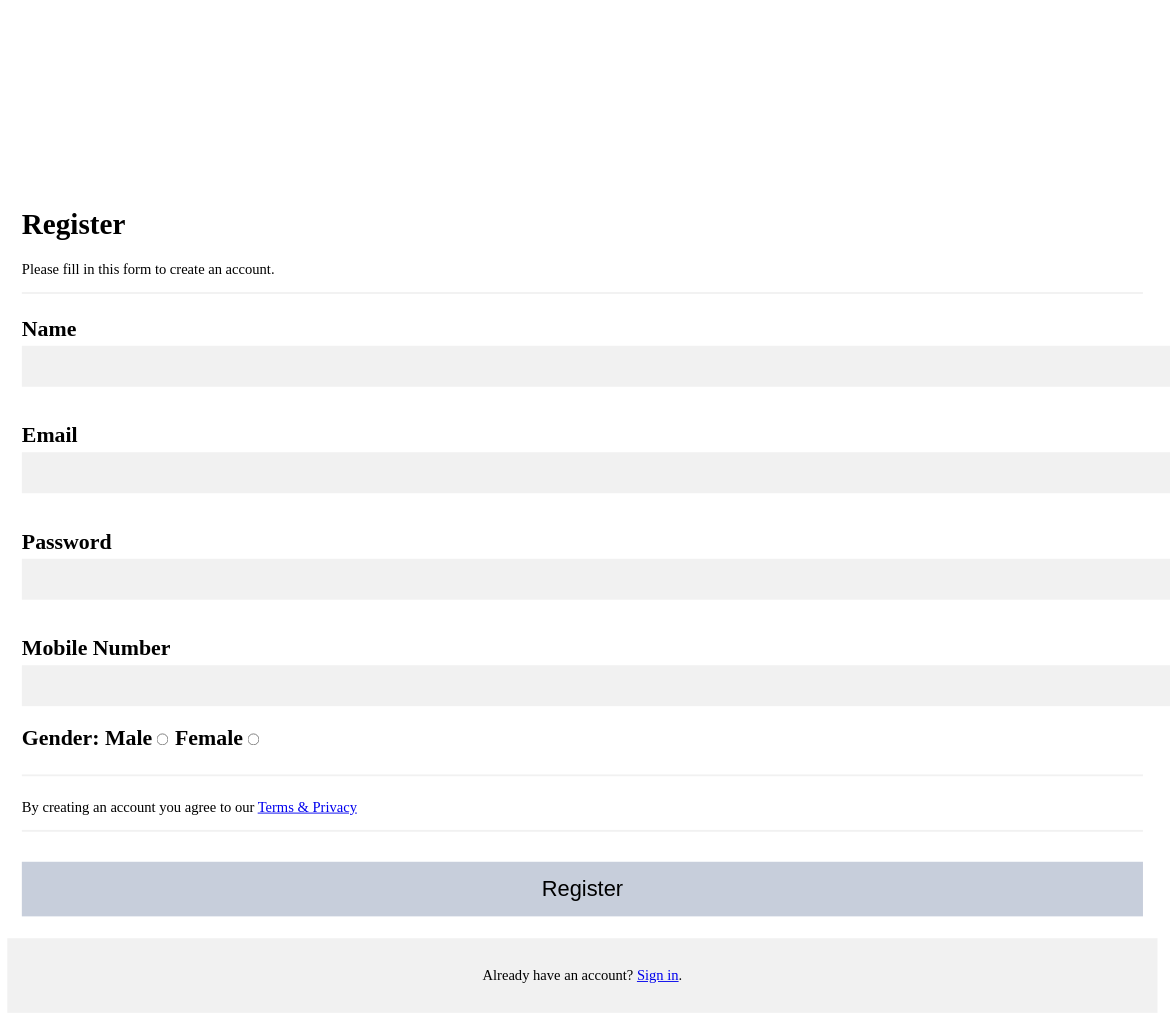
Repository: pavani122/Ecommerce
Page: http://localhost/Ecommerce/WEB-INF/view/register.jsp
The author's editor kept a copy of each file at every save. The page is drawn from the files as they stood at one save, then again after the next save.
The browser window is 1280 px wide. The page is 1286 px wide, so the pictures cover 1286 px, including what lies to the right of the window. The pictures show the whole page, at 91% of full size.
The page is served by Tomcat 9. Nobody is signed in. The template is opened directly, without the code that normally fills it, so the values that code supplies are empty.

Above is the page before, as saved 2022-09-02 07:46:15.

After the next save:
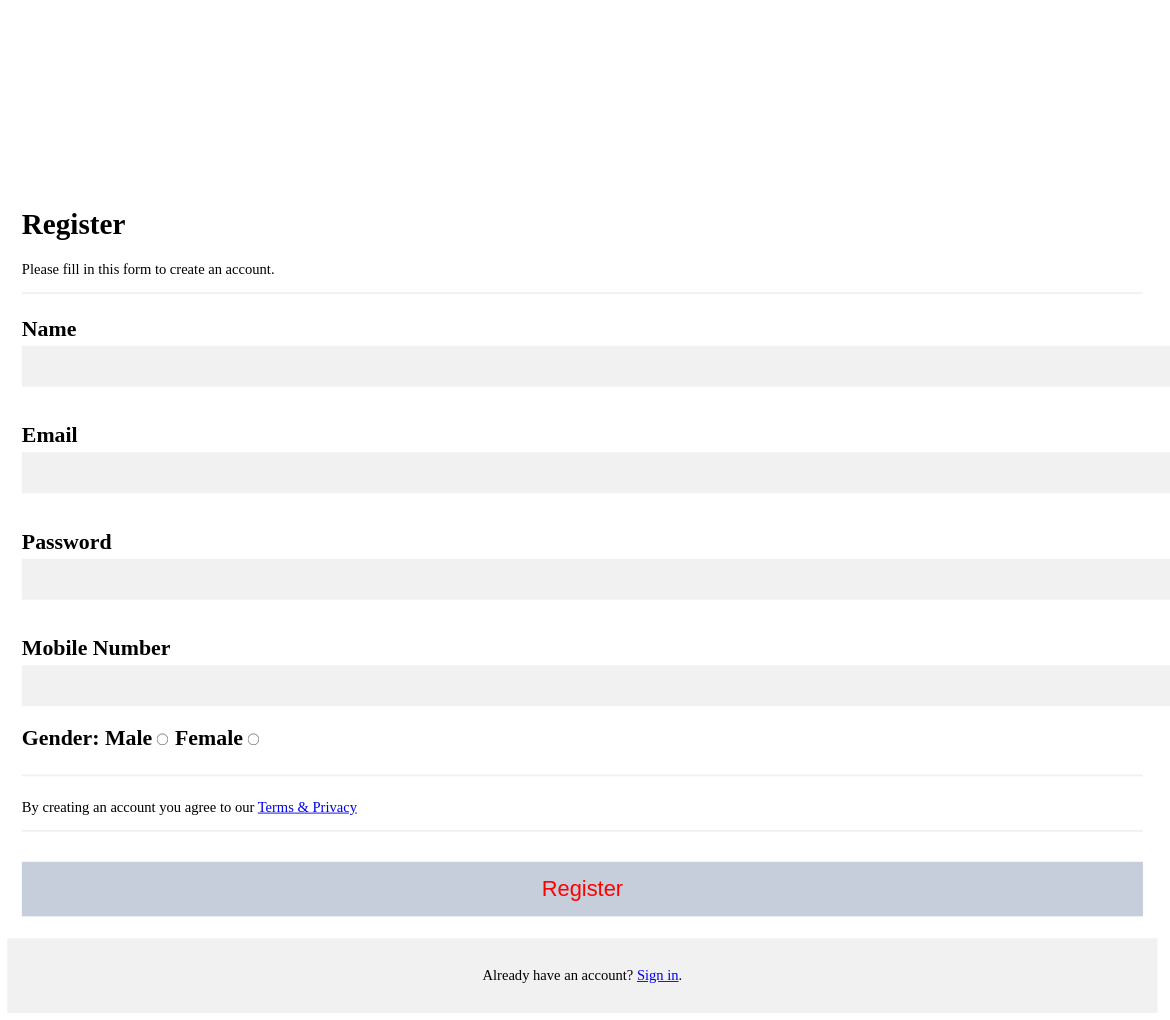
Saved 106 s later.
--- a/Ecommerce/src/main/webapp/WEB-INF/view/register.jsp
+++ b/Ecommerce/src/main/webapp/WEB-INF/view/register.jsp
@@ -42,7 +42,7 @@
 padding: 15px;
 text-align: center;
 background-color: #c7cedb;
-  color: Black;
+  color: red;
   font-size:x-large;
   padding: 16px 20px;
   margin: 8px 0;
@@ -50,7 +50,7 @@
   cursor: pointer;
   width: 100%;
 }
-input[type=errors]
+
 {
   color: red;
 

After the save that followed:
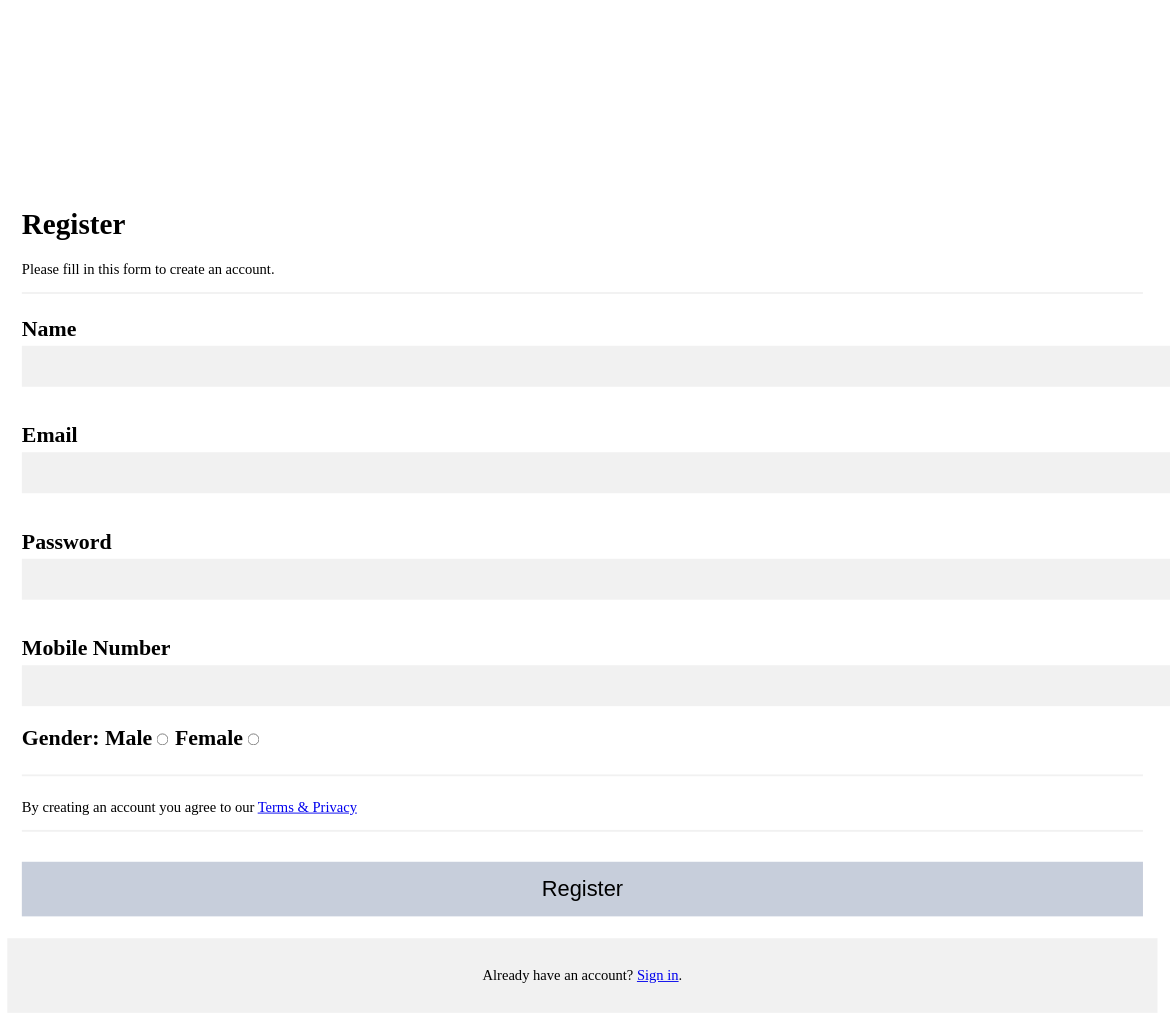
Saved 14 s later.
--- a/Ecommerce/src/main/webapp/WEB-INF/view/register.jsp
+++ b/Ecommerce/src/main/webapp/WEB-INF/view/register.jsp
@@ -42,7 +42,7 @@
 padding: 15px;
 text-align: center;
 background-color: #c7cedb;
-  color: red;
+  color: Black;
   font-size:x-large;
   padding: 16px 20px;
   margin: 8px 0;
